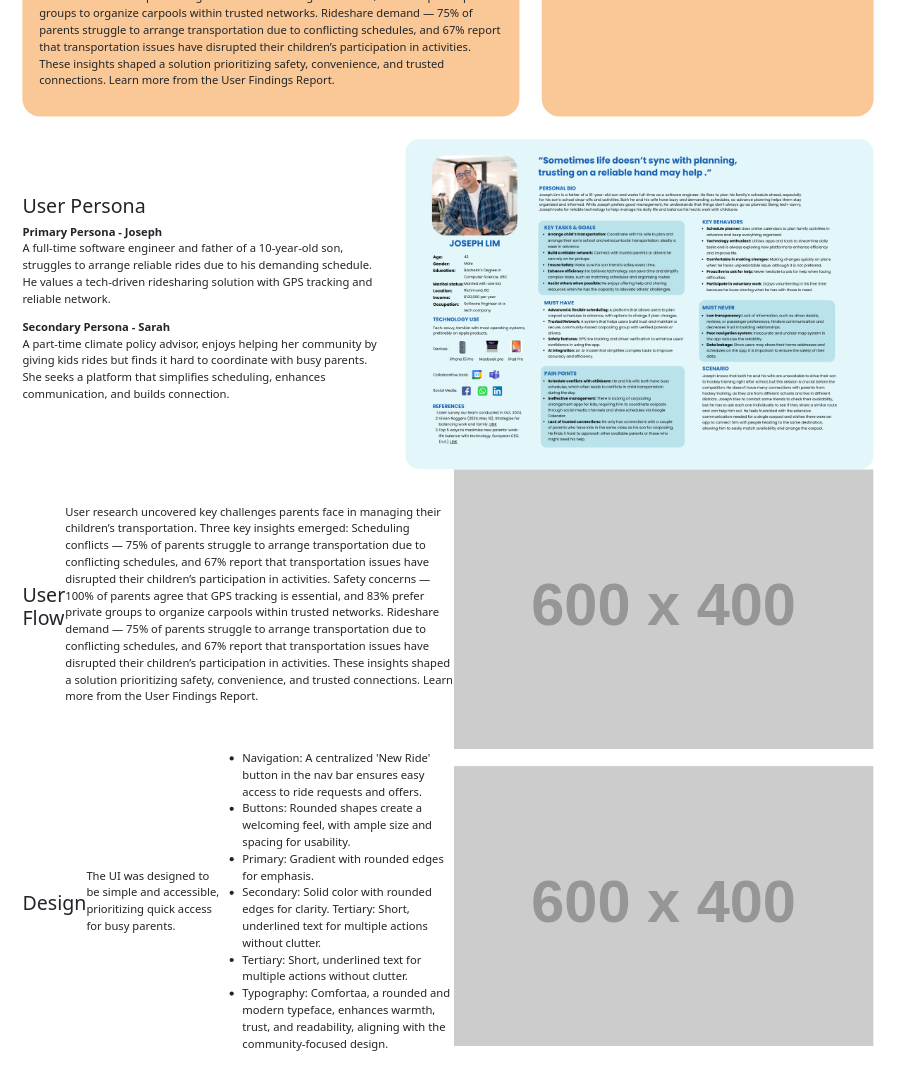
Repository: Vanessahyc/vanessa-portfolio
Page: /relay
An editor plug-in stored every save of this project. The page is shown before and after the next save, followed by the edit.
The browser window is 1280 px wide. The page is 1312 px wide, so the pictures cover 1312 px, including what lies to the right of the window. The pictures show the part of the page from y = 818 to 2698 px (the page is 2353 px tall before and 2698 px after), at 70% of full size.
The project was rebuilt for these pictures with package versions that can differ from the ones it lists, and the page was loaded fresh each time. The framework's server and built-in components were replaced by stand-ins that run in the browser. Also part of the build but not shown: next.config.mjs.

Above is the page before, as saved 2025-02-09 16:49:14.

After the next save:
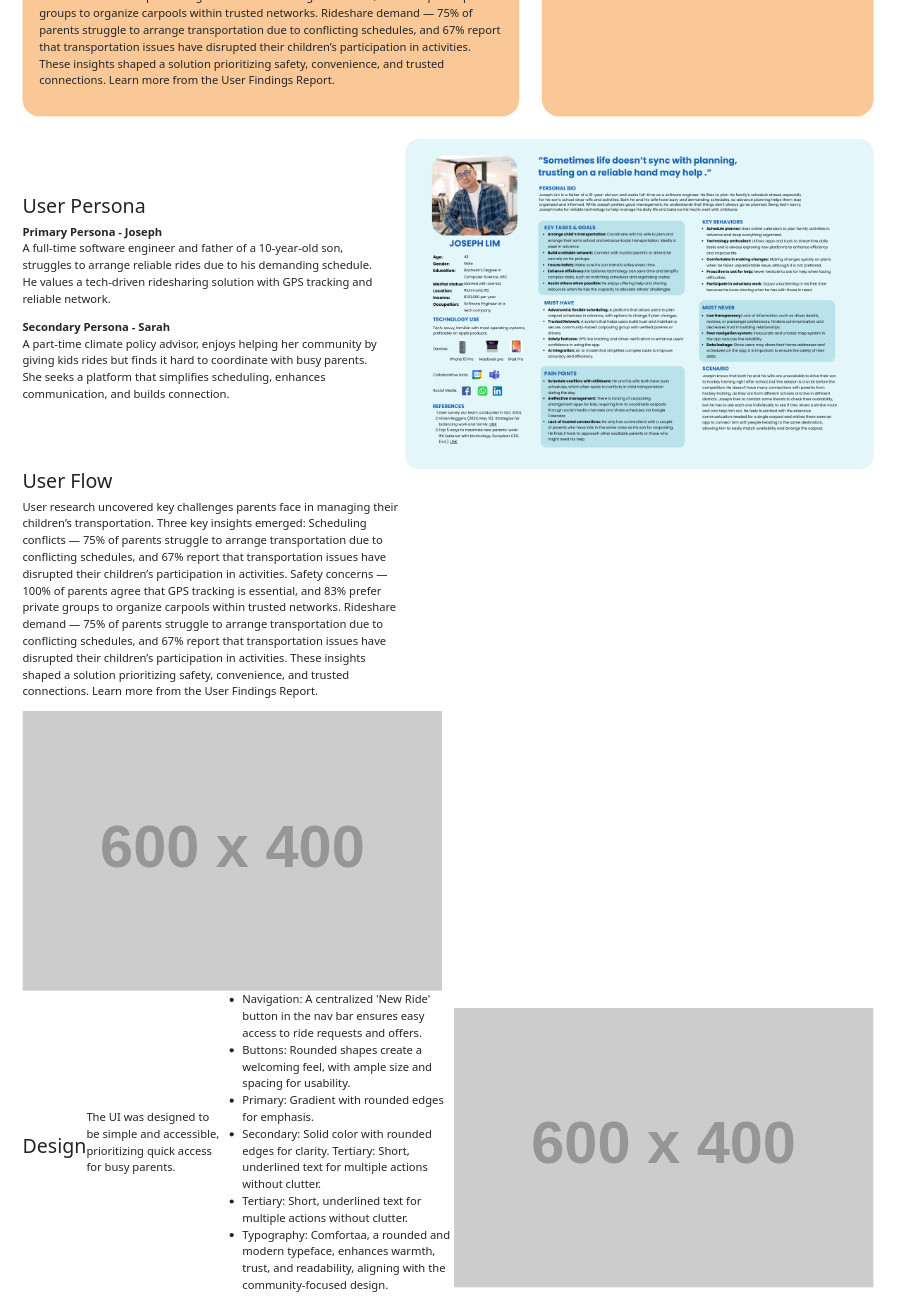
Saved 32 s later.
--- a/src/app/relay/page.js
+++ b/src/app/relay/page.js
@@ -89,7 +89,7 @@
             </div>
             <img className={styles.persona} src="/relay-images/primary_persona.png" alt="placeholder image" />
           </div>
-          <div className={styles.subContainer}>
+          <div className={styles.infoBox}>
             <h3>User Flow</h3>
             <p>
               User research uncovered key challenges parents face in managing
